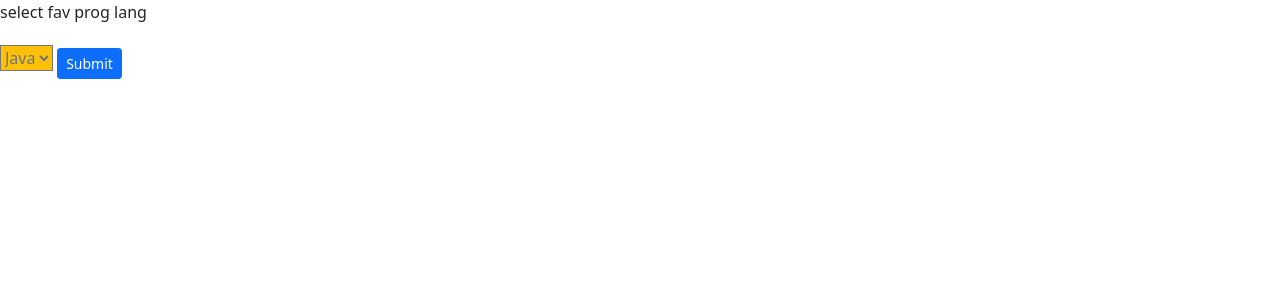
Repository: shivamaninalla/Bank-Application-JSP
Page: http://localhost/03-jsp-form2/cookie.jsp
An editor plug-in stored every save of this project. The page is shown before and after the next save, followed by the edit.
The browser window is 1280 px wide. The pictures show the whole page.
The page is served by Tomcat 9.

Above is the page before, as saved 2024-07-15 15:05:56.

After the next save:
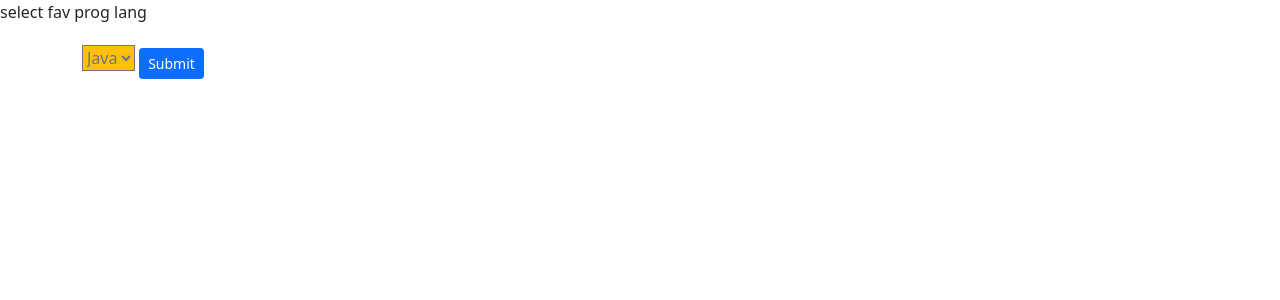
Saved 14 s later.
--- a/03-jsp-form2/WebContent/cookie.jsp
+++ b/03-jsp-form2/WebContent/cookie.jsp
@@ -11,8 +11,8 @@
 <body>
 <p>select fav prog lang</p>
   <form action="cookieresponse.jsp", method="get">
-  <div class="container"></div>
-    <select class="bg-warning text-secondary"name="fl" id="">
+  <div class="container">
+  <select class="bg-warning text-secondary"name="fl" id="">
       <option value="java">Java</option>
       <option value="C++">C++</option>
       <option value="C">C</option>
@@ -20,6 +20,8 @@
    <!-- <input class="text-primary bg-danger" type="submit" value="
     submit"> -->
     <input class="btn btn-primary btn-sm mt-2" type="submit" value="Submit">
+  </div>
+
   </form>
 
 
